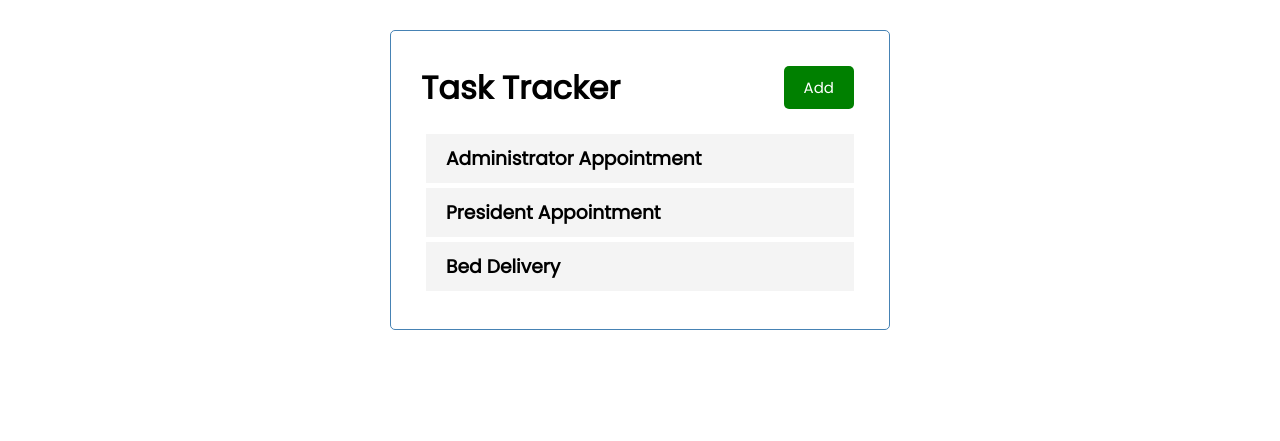
Repository: biggie-pti/task-tracker-react-app
Page: /
An editor plug-in stored every save of this project. The page is shown before and after a run of saves, followed by the edit.
The browser window is 1280 px wide. The pictures show the whole page.
The project was rebuilt for these pictures with package versions that can differ from the ones it lists, and the page was loaded fresh each time.

Above is the page before, as saved 2022-02-20 15:40:03.

After the next 7 saves:
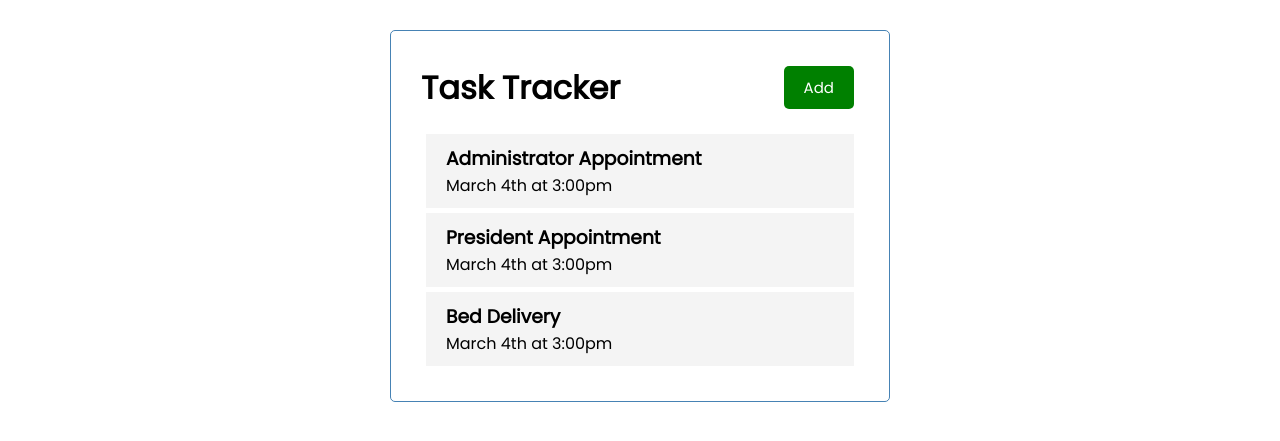
The 7 saves are shown as one change because they came seconds apart.
The last was saved 18 s later.
--- a/src/components/Task.js
+++ b/src/components/Task.js
@@ -4,6 +4,7 @@ const Task = ({task}) => {
   return (
     <div className='task'>
         <h3>{task.text}</h3>
+        <p>{task.day}</p>
 
     </div>
   )
